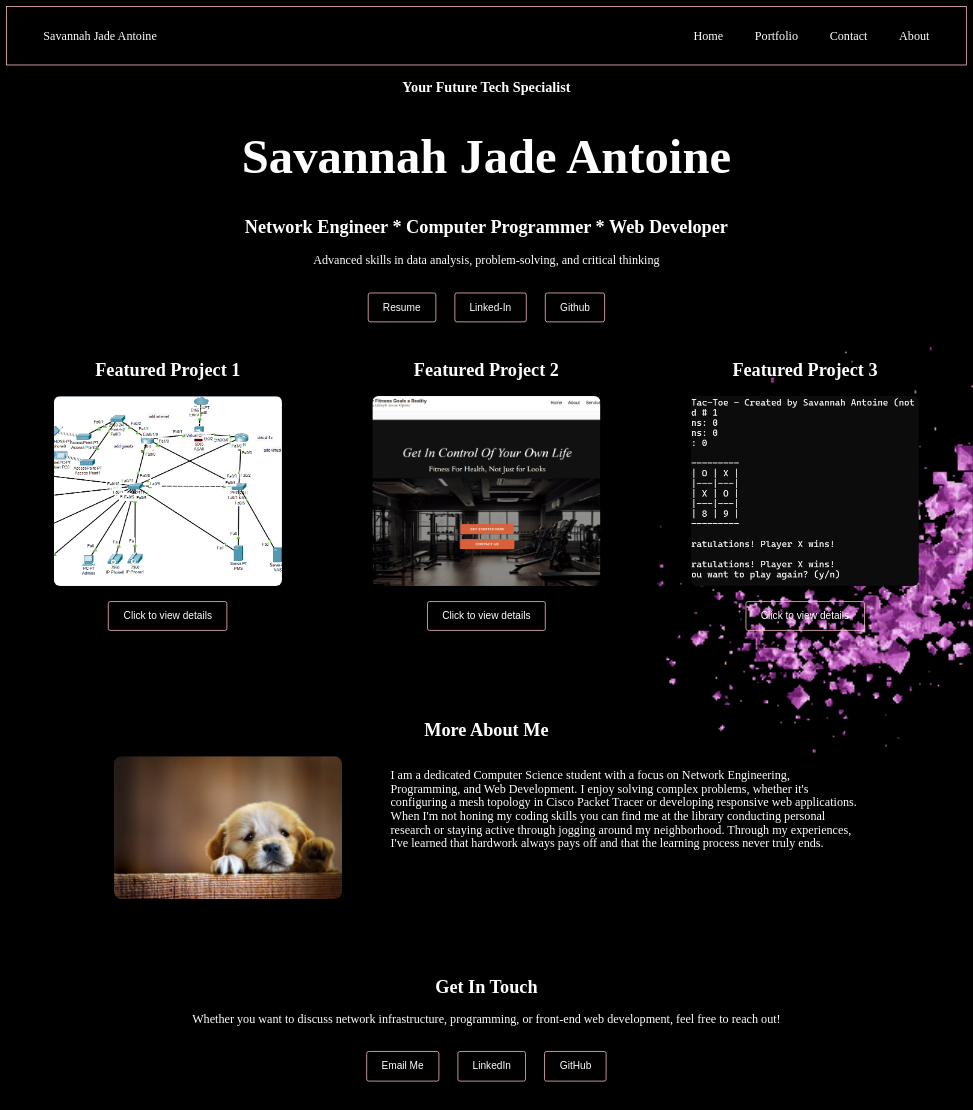
Repository: Savannah-Antoine/Savannah-Antoine
Page: index.html
These files come from the project's save history. The page is drawn as it stood at one moment and after the next save; the edit follows.
The browser window is 1280 px wide. The pictures show the whole page, at 76% of full size.

Above is the page before, as saved 2026-05-16 01:50:38.

### index.html
<!DOCTYPE html>
<html lang="en">
<head>
    <meta charset="UTF-8">
    <meta name="viewport" content="width=device-width, initial-scale=1.0">
    <link rel = "stylesheet" href = "./styles/index.css" />
    <link rel = "stylesheet" href = "./styles/globals.css" />
    <title>Savannah Jade Antoine Portfolio</title>
</head>
<body>
<header>
    <nav>
        <ul class = "homeButton">
           <li><a href = "index.html">Savannah Jade Antoine</a></li>
        </ul>
        <ul class = "navigation">
  <li><a href="index.html">Home</a></li>
  <li><a href="#PortfolioSection">Portfolio</a></li>
  <li><a href="#ContactSection">Contact</a></li>
  <li><a href="#AboutMe">About</a></li>
</ul>

</nav>
<h3>Your Future Tech Specialist</h3>
<h1> Savannah Jade Antoine</h1>
<h2>Network Engineer * Computer Programmer * Web Developer</h2>
<p> Advanced skills in data analysis, problem-solving, and critical thinking</p>
<div class = "infoButtons">
<a href = "Savannah Jade Resume (1).pdf"><button>Resume</button></a>
<a href = "www.linkedin.com/in/savannah-antoine-ab0756390" target ="_blank"><button>Linked-In</button></a>
<button>Github</button>
</div>

</header>
<main class = "container">
<section id = "PortfolioSection" class = "project-card">

<h2>Featured Project 1</h2>
<img src = "./assets/images/Project1.png" alt = "First Portfolio placeholder image" />
<p><a href = "./pages/project-name-1.html"><button>Click to view details</button></a>
</section>


<section class = "project-card">
<h2>Featured Project 2</h2>
<img src = "./assets/images/Project2.png" alt = "Second Portfolio placeholder image" />
<p><a href = "./pages/project-name-2.html"><button>Click to view details</button></a>
</section>
<section class = "project-card">
<h2>Featured Project 3</h2>
<img src = "./assets/images/Project3.png" alt = "Third Portfolio placeholder image" />
<p><a href = "./pages/project-name-3.html"><button>Click to view details</button></a>
</section>

<section id = "AboutMe">
<h2>More About Me</h2>
<div  class = "aboutMe"> <img src = "./assets/images/profilepic.jpg" alt = "profile picture" />

<p>I am a dedicated Computer Science student with a focus on Network Engineering, Programming, and Web Development.
I enjoy solving complex problems, whether it's configuring a mesh topology in Cisco Packet Tracer or developing responsive web applications.
When I'm not honing my coding skills you can find me at the library conducting personal research or staying active through jogging around my neighborhood.
Through my experiences, I've learned that hardwork always pays off and that the learning process never truly ends.
</P>
</div>
</section>

<section id="ContactSection" class="contact-container">
    <h2>Get In Touch</h2>
    <p>Whether you want to discuss network infrastructure, programming, or front-end web development, feel free to reach out!</p>

    <div class = "infoButtons">
        <a href="mailto:savannahjadeantoine@gmail.com" ><button>Email Me</button></a>
        <a href="https://linkedin.com/in/yourprofile" target="_blank"><button>LinkedIn</button></a>
        <a href="https://github.com/yourusername" target="_blank"><button>GitHub</button></a>
    </div>
</section>



</main>

</body>
</html>

### styles/index.css
.container{
  display: flex;
    flex-direction: column;
    align-items: center;
    gap: 2rem;
    padding: 1.2rem;

}
#AboutMe{
  text-align: center;
  justify-content: center;


}
.aboutMe{
    display: flex;
    flex-direction: column;      /* Side-by-side */
    align-items: center;
    text-align: left;       /* Vertically centers image and text */
    gap: 2rem;
}





body h1{
    font-size: 2.5rem;

}

img{
    width: 100%;
    max-width: 400px;
    height: auto;
}

### styles/globals.css
@fontface{


}

body {
    background-color: black;
  background-image: url(/assets/images/background-pic.gif);
  background-repeat: no-repeat;
  background-size: cover;
  color: white;
  font-size: 1rem;
  text-align: center;
}

.homeButton{
  order: -1;
  list-style-type: none;
  margin: 0;
  padding: 0;
  display: flex;
  justify-content: left;

}

.navigation {
    display: grid;
    grid-template-columns: repeat(2, 1fr);
    gap: 0.6rem;
    text-align: right;
}




nav {
    display: flex;
    justify-content: space-between;
    align-items: center;
    padding: 1rem 2rem;

    border: 0.1rem solid pink;
    cursor: pointer;


}



nav ul {
    display: flex;
    list-style: none;
    gap: 1rem;
    margin: 0;
    padding: 0;
}
button {
    padding: 0.7rem 1.2rem;
    background-color: transparent;
    color: white;
    border: 0.1rem solid pink;
    cursor: pointer;
    transition: all 0.3s ease;
    border-radius: 0.2rem;
    gap: 1rem;
}
button:hover {
    background-color: pink;
    color: rgb(31, 1, 31);
    transform: translateY(-3px);
    box-shadow: 0 0.3rem 1rem rgba(255, 255, 255, 0.3);
}

.infoButtons {
    display: flex;
    justify-content: center;
    gap: 1.5rem;
    margin-top: 1.4rem;
    min-width: 100px;
    padding: 0.7rem 0.9rem;
}

li a {
  display: block;
  color: white;
  padding: 0.8rem 1rem;
  text-decoration: none;
}

ul li a:hover {
 background-color: pink;
  color: rgb(31, 1, 31);
  box-shadow: 0 0.5rem 0.9rem rgba(255, 255, 255, 0.3)
}

h1{

  font-size: 4rem;
}

@media screen and (min-width: 768px)
{




    #AboutMe img {
        width: 300px;
        border-radius: 10px;
    }
   body h1 {
        font-size: 4rem;
    }
    .container {
        flex-direction: row;
        flex-wrap: wrap;
        align-items: flex-start;
        justify-content: space-around;
    }
    .project-card {
        width: 30%;
        width:300px;
        min-width: 250px;
        text-align: center;
    }
    .project-card img{
       width: 100%;
    height: 250px;
    object-fit: cover;
    object-position: top;
    border-radius: 0.5rem;


    }


    .navigation{
        display:flex;
    }

}


@media screen and (min-width: 1000px)
{
    .container {
        margin: 0 auto;
    }
    .aboutMe {
        flex-direction: row;
        justify-content: center;
        align-items: flex-start;
        text-align: left;
        gap: 4rem;

    }
    #AboutMe
    {
        padding: 50px 10%;
        text-align: center;
        align-items:center;
        justify-content: center;
      max-width: 1000px;
    }

}

After the next save:
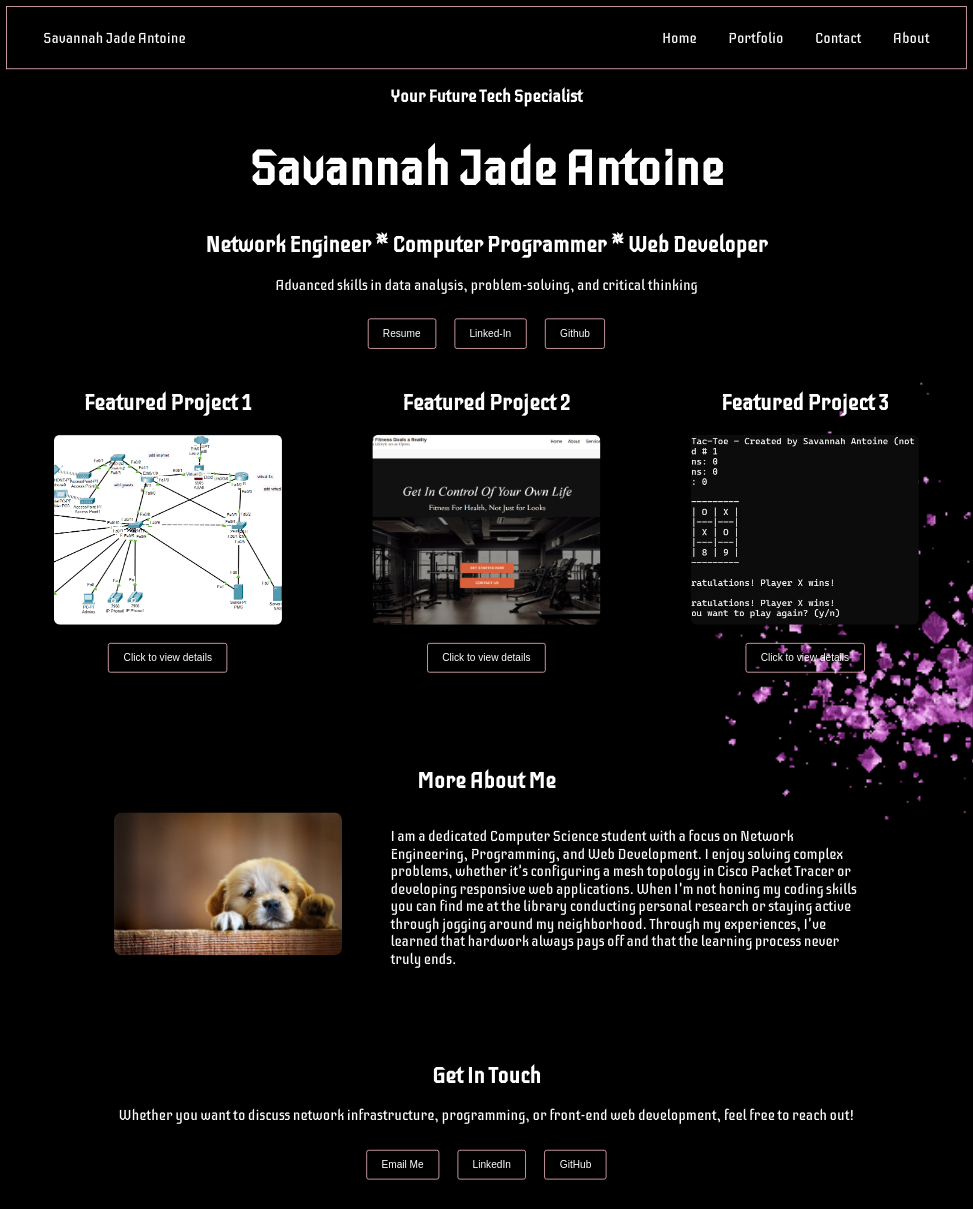
Saved 7 min 3 s later.
--- a/styles/globals.css
+++ b/styles/globals.css
@@ -1,6 +1,7 @@
-@fontface{
+@font-face{
 
-
+    font-family:"ice";
+    src: url(../assets/fonts/Iceberg-Regular.ttf)
 }
 
 body {
@@ -9,8 +10,9 @@ body {
   background-repeat: no-repeat;
   background-size: cover;
   color: white;
-  font-size: 1rem;
+  font-size: 1.2rem;
   text-align: center;
+  font-family: "ice", serif;
 }
 
 .homeButton{
